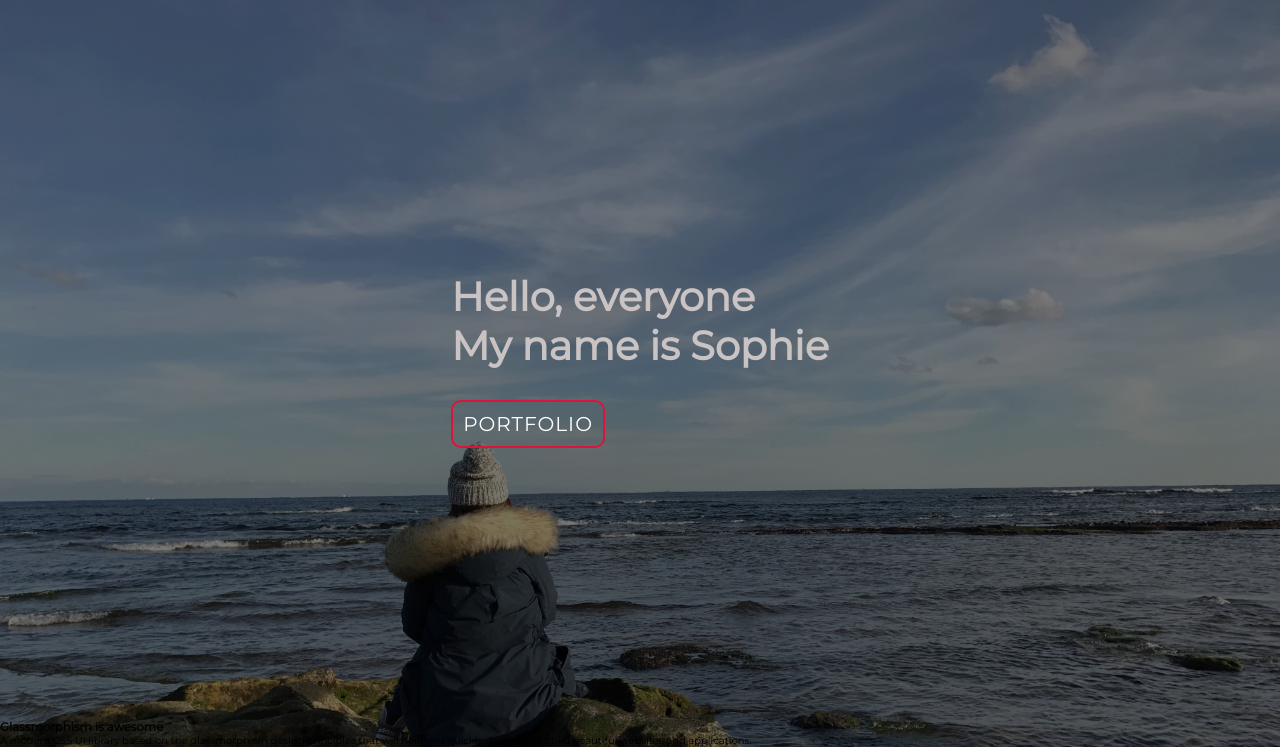
Repository: wenxi0504/StaticWebsite_Profolio
Page: index.html
The author's editor kept a copy of each file at every save. The page is drawn from the files as they stood at one save, then again after the next save.
The browser window is 1280 px wide. The pictures show the whole page.

Above is the page before, as saved 2022-03-02 00:45:50.

### index.html
<!DOCTYPE html>
<html lang="en">
<head>
    <meta charset="UTF-8">
    <meta http-equiv="X-UA-Compatible" content="IE=edge">
    <meta name="viewport" content="width=device-width, initial-scale=1.0">
    <link rel="stylesheet" href="style.css">
    <title>Portfolio</title>
</head>
<body>

    <!-- Introduction section -->
    <section id="myIntro">
        <div class="myIntro container">
            <div class="card">
                <h1 >
                    Hello, everyone <br> My name is Sophie
                </h1>
                <a href="#" type="button" class="cta">Portfolio</a>
            </div>
        </div>
        <div class="card">
            <h3 class="card-title">Glassmorphism is awesome</h3>
            <p>A modern CSS UI library based on the glassmorphism design principles that will help you quickly design and build beautiful websites and applications.</p>

        </div>

    </section>

</body>
</html>

### style.css
/* import custom font from GoogleFonts */
@import "https://fonts.googleapis.com/css?family=Montserrat:300, 400, 700&display=swap";
* {
  margin: 0px;
  padding: 0px;
  box-sizing: border-box;
}

html {
  font-size: 10px;
  font-family: "Montserrat", sans-serif;
}

a {
  text-decoration: none;
}

.container {
  min-height: 100vh;
  width: 100%;
  display: flex;
  align-items: center;
  justify-content: center;
}

/* myIntro section */
#myIntro {
  background-image: url(./images/ProfolioBackground.jpg);
  background-size: cover;
  background-position: top center;
  position: relative;
  z-index: 1;

}

/* background blurring */
#myIntro ::after {
  content: "";
  position: absolute;
  left: 0px;
  top: 0px;
  height: 100%;
  width: 100%;
  background-color: black;
  opacity: 10%;
  z-index: -999;
}

/* .card {

  border-radius: 10px;
  background-color:black;
  z-index: 2;
  opacity: 50%;



}
*/


#myIntro h1 {
  display: block;
  width: fit-content;
  margin-top: 5rem;
  margin-left: 5rem;
  margin-right: 5rem;
  font-size: 4rem;
  color: rgb(201, 195, 195);

}

#myIntro .cta {
  display: inline-block;
  margin-left: 5rem;
  margin-bottom: 5rem;
  padding: 1rem 1rem;
  color: white;
  background-color: transparent;
  border: 2px solid crimson;
  border-radius: 10px;
  font-size: 2rem;
  text-transform: uppercase;
  letter-spacing: 0.1rem;
  margin-top: 30px;
  transition: 0.3s ease;
  transition-property: background-color;
}

#myIntro .cta:hover {
  background-color: crimson;
}

/* end myIntro section */

After the next save:
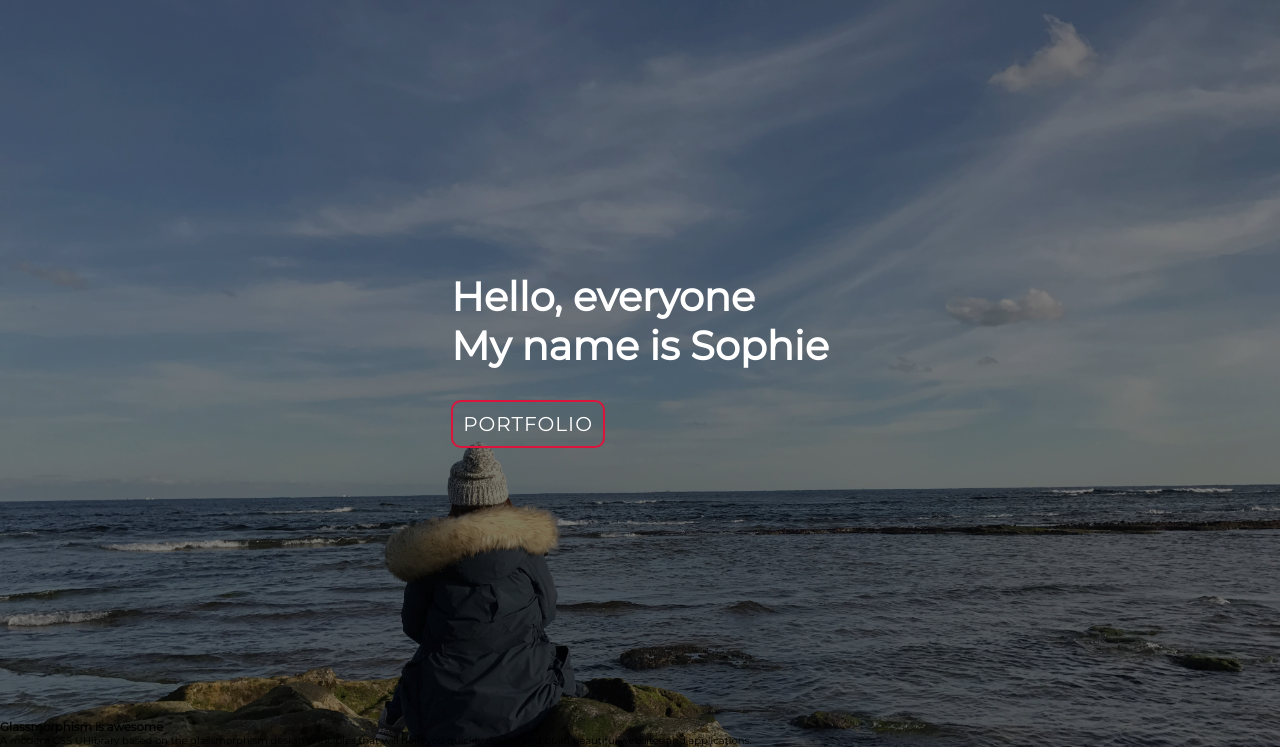
Saved 34 s later.
--- a/style.css
+++ b/style.css
@@ -66,7 +66,7 @@ a {
   margin-left: 5rem;
   margin-right: 5rem;
   font-size: 4rem;
-  color: rgb(201, 195, 195);
+  color: white;
 
 }
 
